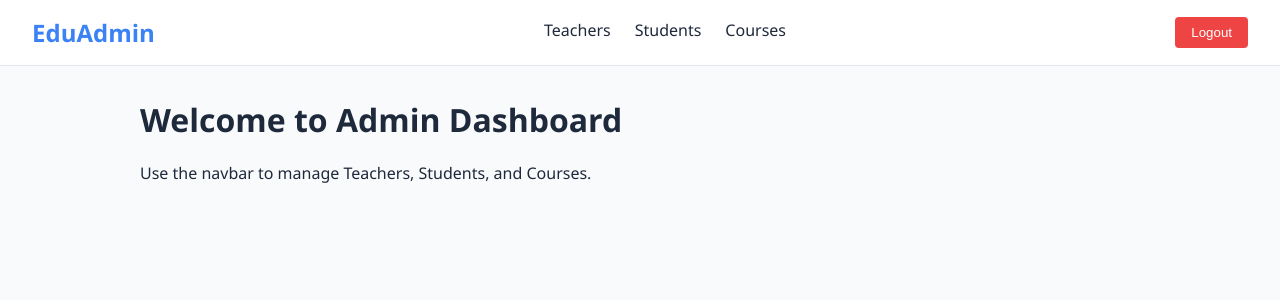
Repository: Fail2/Online-Classroom
Page: http://localhost/adminpanel/dashboard/
The author's editor kept a copy of each file at every save. The page is drawn from the files as they stood at one save, then again after the next save.
The browser window is 1280 px wide. The pictures show the whole page.
The page is served by the project's application, run on Django 5.2 (Edu_Frontend/manage.py).

Above is the page before, as saved 2025-05-24 21:21:46.

After the next save:
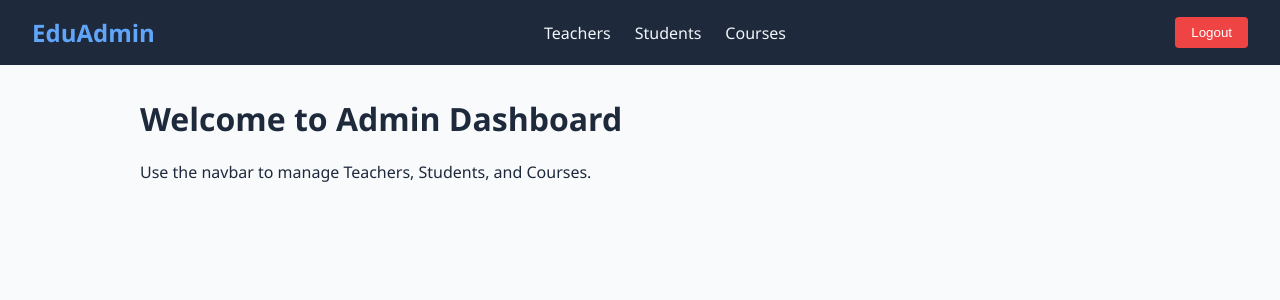
Saved 58 s later.
--- a/Education_Frontend/Edu_Frontend/adminpanel/templates/adminpanel/base.html
+++ b/Education_Frontend/Edu_Frontend/adminpanel/templates/adminpanel/base.html
@@ -16,16 +16,16 @@
             display: flex;
             justify-content: space-between;
             align-items: center;
-            background-color: #ffffff;
+            background-color: #1e293b;
             padding: 1rem 2rem;
-            border-bottom: 1px solid #e2e8f0;
+            color: white;
             flex-wrap: wrap;
         }
 
         .navbar-left .brand {
             font-size: 1.5rem;
             font-weight: bold;
-            color: #3b82f6;
+            color: #60a5fa;
             text-decoration: none;
         }
 
@@ -35,25 +35,14 @@
         }
 
         .navbar-center a {
-            text-decoration: none !important;
-            color: #1e293b;
+            color: #f1f5f9;
             text-decoration: none;
             font-weight: 500;
-            padding-bottom: 4px;
-            border-bottom: 2px solid transparent;
-            transition: all 0.3s;
+            transition: color 0.3s;
         }
 
         .navbar-center a:hover {
-            text-decoration: none !important;
-            color: #2563eb;
-            border-color: #93c5fd;
-        }
-
-        .navbar-center a.active {
-            text-decoration: none !important;
-            color: #2563eb;
-            border-bottom: 2px solid #2563eb;
+            color: #38bdf8;
         }
 
         .navbar-right form {
@@ -111,9 +100,9 @@
             <a href="{% url 'admin-dashboard' %}" class="brand">EduAdmin</a>
         </div>
         <div class="navbar-center">
-            <a href="{% url 'teacher-list' %}" class="{% if request.resolver_match.url_name == 'teacher-list' %}active{% endif %}">Teachers</a>
-            <a href="{% url 'student-list' %}" class="{% if request.resolver_match.url_name == 'student-list' %}active{% endif %}">Students</a>
-            <a href="{% url 'course-list' %}" class="{% if request.resolver_match.url_name == 'course-list' %}active{% endif %}">Courses</a>
+            <a href="{% url 'teacher-list' %}">Teachers</a>
+            <a href="{% url 'student-list' %}">Students</a>
+            <a href="{% url 'course-list' %}">Courses</a>
         </div>
         <div class="navbar-right">
             <form action="{% url 'admin-logout' %}" method="post">
